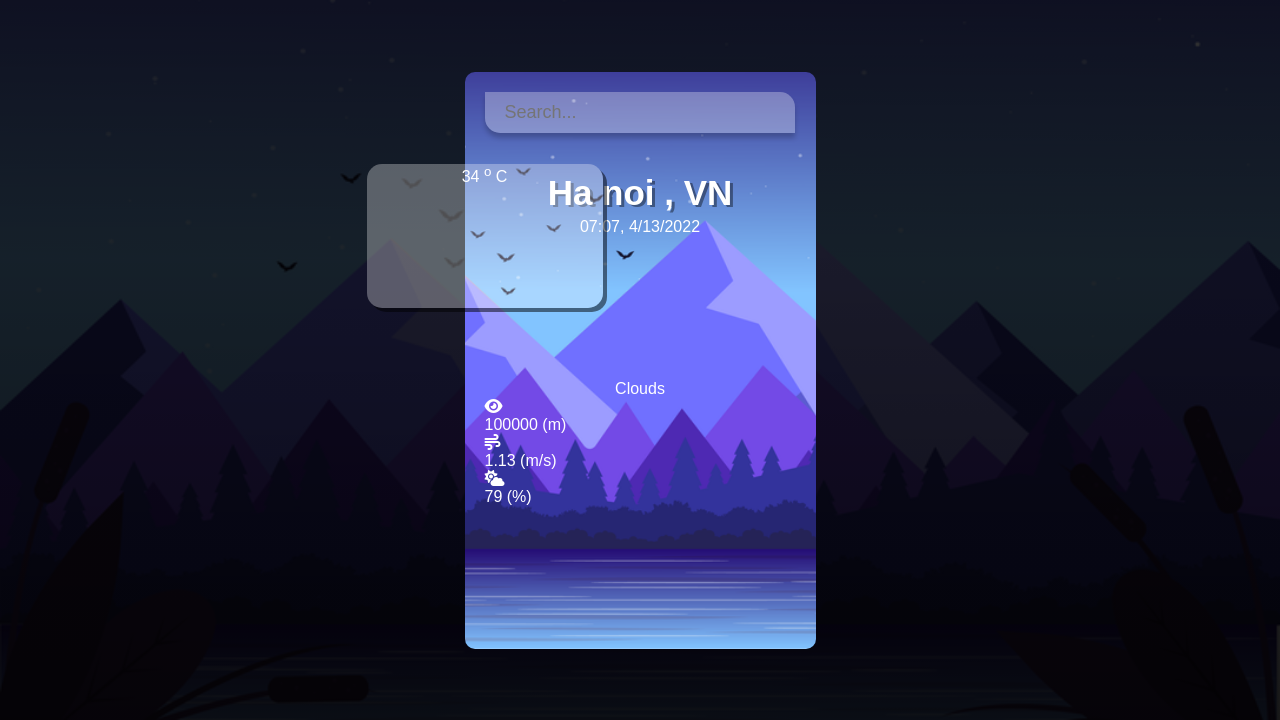
Repository: nganha241/weather-app
Page: index.html
The author's editor kept a copy of each file at every save. The page is drawn from the files as they stood at one save, then again after the next save.
The browser window is 1280 px wide. The pictures show the whole page.
Some web libraries are served in a nearby version.

Above is the page before, as saved 2022-04-13 09:38:42.

### index.html
<!DOCTYPE html>
<html lang="en">
  <head>
    <meta charset="UTF-8" />
    <meta http-equiv="X-UA-Compatible" content="IE=edge" />
    <meta name="viewport" content="width=device-width, initial-scale=1.0" />
    <title>Document</title>
    <link rel="stylesheet" href="./style.css" />
  </head>
  <body>
    <div id="weather">
      <div class="header">
        <input type="text" placeholder="Search..." />
      </div>
      <div class="content">
        <div class="city">Ha noi , <span class="country">VN</span></div>
        <div class="time">07:07, <span class="date">4/13/2022</span></div>
        <div class="deg">34 <sup>o</sup> C</div>
        <div class="status">Clouds</div>
      </div>
      <div class="footer">
        <div class="detail">
          <div class="distance">
            <div><i class="fa-solid fa-eye"></i></div>
            <div>100000 <span>(m)</span></div>
          </div>
          <div class="speed">
            <div><i class="fa-solid fa-wind"></i></div>
            <div>1.13 <span>(m/s)</span></div>
          </div>
          <div class="humidity">
            <div><i class="fa-solid fa-cloud-sun"></i></div>
            <div>79 <span>(%)</span></div>
          </div>
        </div>
      </div>
    </div>
    <script
      src="https://kit.fontawesome.com/ae971d7ee0.js"
      crossorigin="anonymous"
    ></script>
    <script src="./main.js"></script>
  </body>
</html>

### style.css
* {
    padding: 0;
    margin: 0;
    box-sizing: border-box;
}

body {
    font-family: sans-serif;
    height: 100vh;
    display: flex;
    justify-content: center;
    align-items: center;
    background: linear-gradient(to top, rgba(0, 0, 0, 0.9), rgba(0, 0, 0, 0.8)), url(./img1.png) no-repeat center/cover;
    color: #fff;
}

#weather {
    padding: 20px;
    width: 351px;
    height: 577px;
    border: none;
    border-radius: 10px;
    background: url(./img1.png) no-repeat center/cover;
}

.header input{
    width: 310px;
    height: 41px;
    border-radius: 0px 15px 0px 15px;
    border: none;
    background: rgba(255, 255, 255, 0.3);
    box-shadow: 0px 5px 5px rgba(0, 0, 0, 0.2);
    outline: none;
    font-size: 18px;
    padding: 0 20px;
    transition: 0.4s;
}

.header input:focus {
    border-radius: 15px 0px 15px 0px;
    background: rgba(255, 255, 255, 0.7);
}

.content {
    margin-top: 40px;
    text-align: center;
}

.city {
    font-size: 35px;
    font-weight: 600;
    text-shadow: 3px 2px rgba(0, 0, 0, 0.4);
}

.time {
    margin-top: 5px;
}

.deg {
    width: 236px;
    height: 144px;
    border-radius: 15px;
    background: rgba(255, 255, 255, 0.3);
    box-shadow: 4px 4px rgba(0, 0, 0, 0.5);
    top: 50%;
    left: 50%;
    transform: translate(-50%, -50%);
}

Loaded but not shown: main.js (no copy from this time; the picture is the same without it)

After the next save:
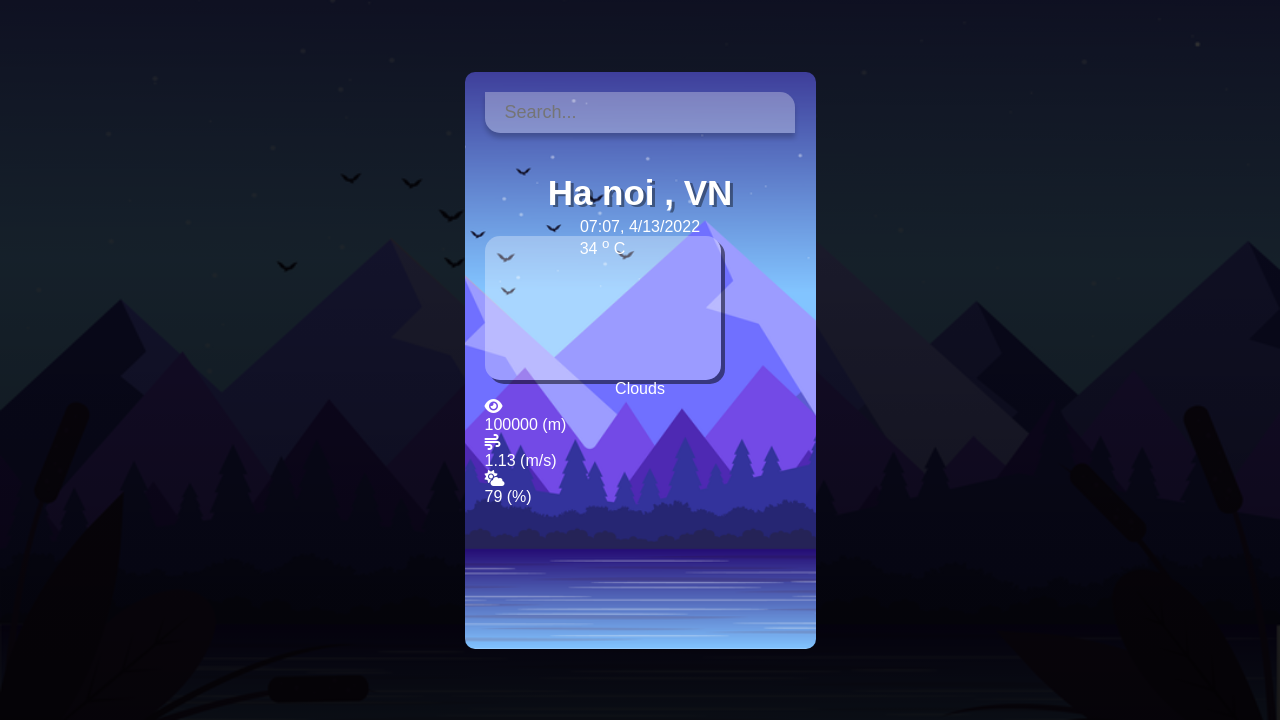
Saved 11 s later.
--- a/style.css
+++ b/style.css
@@ -62,7 +62,4 @@ body {
     border-radius: 15px;
     background: rgba(255, 255, 255, 0.3);
     box-shadow: 4px 4px rgba(0, 0, 0, 0.5);
-    top: 50%;
-    left: 50%;
-    transform: translate(-50%, -50%);
 }
